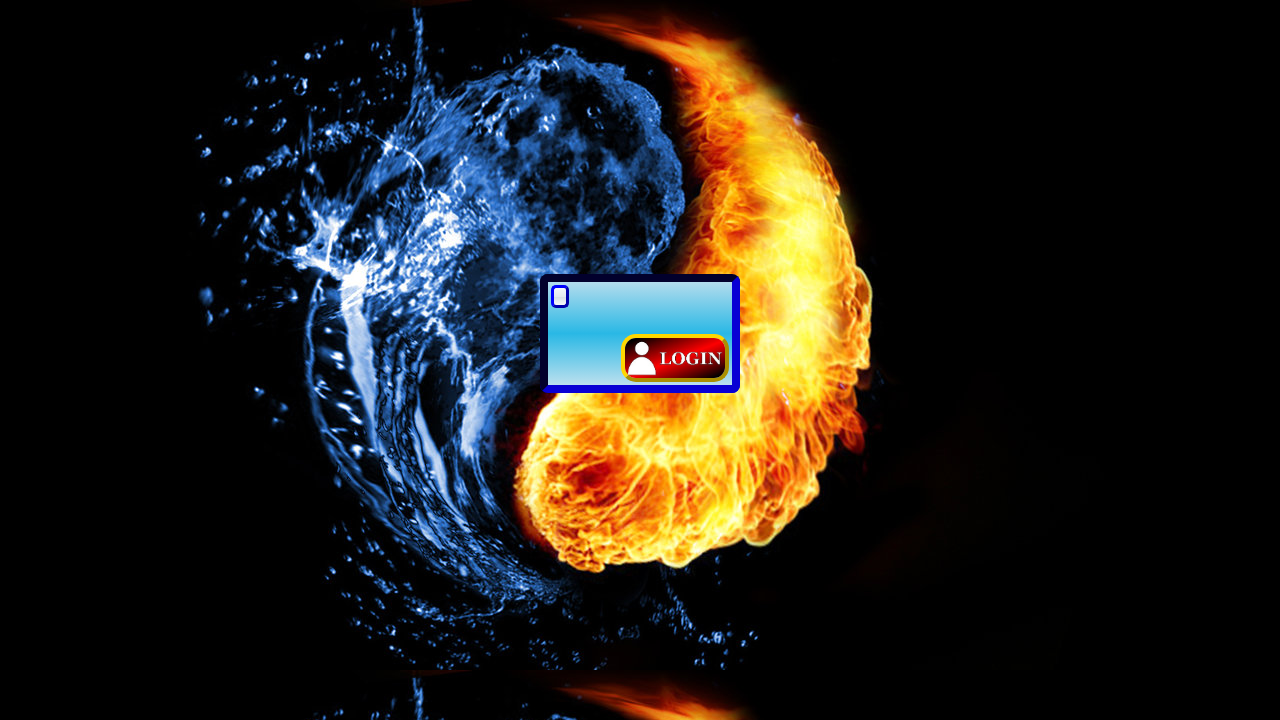
Repository: Albocoder/Event-handler
Page: loginBrain/WebContent/WEB-INF/adminPanel.html
The author's editor kept a copy of each file at every save. The page is drawn from the files as they stood at one save, then again after the next save.
The browser window is 1280 px wide. The pictures show the whole page.

Above is the page before, as saved 2015-08-10 14:33:30.

### loginBrain/WebContent/WEB-INF/adminPanel.html
<!DOCTYPE html>
<html>
<head>
<title>Admin Panel</title>
<meta charset="UTF-8"/>
<style type="text/css">
	table{
			color: gold;
 			font-weight: bold;
			text-shadow: 2px 2px 2px black;
			border:8px inset #060080;
			border-radius: 8px;
background: rgba(179,220,237,1);
background: -moz-linear-gradient(top, rgba(179,220,237,1) 0%, rgba(41,184,229,1) 50%, rgba(188,224,238,1) 100%);
background: -webkit-gradient(left top, left bottom, color-stop(0%, rgba(179,220,237,1)), color-stop(50%, rgba(41,184,229,1)), color-stop(100%, rgba(188,224,238,1)));
background: -webkit-linear-gradient(top, rgba(179,220,237,1) 0%, rgba(41,184,229,1) 50%, rgba(188,224,238,1) 100%);
background: -o-linear-gradient(top, rgba(179,220,237,1) 0%, rgba(41,184,229,1) 50%, rgba(188,224,238,1) 100%);
background: -ms-linear-gradient(top, rgba(179,220,237,1) 0%, rgba(41,184,229,1) 50%, rgba(188,224,238,1) 100%);
background: linear-gradient(to bottom, rgba(179,220,237,1) 0%, rgba(41,184,229,1) 50%, rgba(188,224,238,1) 100%);
filter: progid:DXImageTransform.Microsoft.gradient( startColorstr='#b3dced', endColorstr='#bce0ee', GradientType=0 );
}
body {
	background-image:url('wallpaper.jpg');
}

table{
	margin-top: 230px;
}

input.input{
	border: 4px outset gold;
	border-radius: 15px;
	margin-left: 70px;
}

input{
	border: 3px outset blue;
	border-radius: 5px;
	color: black;
	background: rgb(246,248,249); /* Old browsers */
	background: -moz-linear-gradient(top,  rgba(246,248,249,1) 0%, rgba(229,235,238,1) 50%, rgba(215,222,227,1) 51%, rgba(245,247,249,1) 100%); /* FF3.6+ */
	background: -webkit-gradient(linear, left top, left bottom, color-stop(0%,rgba(246,248,249,1)), color-stop(50%,rgba(229,235,238,1)), color-stop(51%,rgba(215,222,227,1)), color-stop(100%,rgba(245,247,249,1))); /* Chrome,Safari4+ */
	background: -webkit-linear-gradient(top,  rgba(246,248,249,1) 0%,rgba(229,235,238,1) 50%,rgba(215,222,227,1) 51%,rgba(245,247,249,1) 100%); /* Chrome10+,Safari5.1+ */
	background: -o-linear-gradient(top,  rgba(246,248,249,1) 0%,rgba(229,235,238,1) 50%,rgba(215,222,227,1) 51%,rgba(245,247,249,1) 100%); /* Opera 11.10+ */
	background: -ms-linear-gradient(top,  rgba(246,248,249,1) 0%,rgba(229,235,238,1) 50%,rgba(215,222,227,1) 51%,rgba(245,247,249,1) 100%); /* IE10+ */
	background: linear-gradient(to bottom,  rgba(246,248,249,1) 0%,rgba(229,235,238,1) 50%,rgba(215,222,227,1) 51%,rgba(245,247,249,1) 100%); /* W3C */
	filter: progid:DXImageTransform.Microsoft.gradient( startColorstr='#f6f8f9', endColorstr='#f5f7f9',GradientType=0 ); /* IE6-9 */

}
</style>
</head>
<body>
<center>
<table>
<br>
<br>
<tr><td><input name="un" type="button" czxczxc/></td></tr>
<tr>
<td colspan = "2">
</tr>
<tr><td colspan="2">
<br>
<input class="input" type="image" src="login.jpg" alt="login" align="center" width="100" height="40">
</td>
</tr>
</form>
</table>
</center>
</body>
</html>

After the next save:
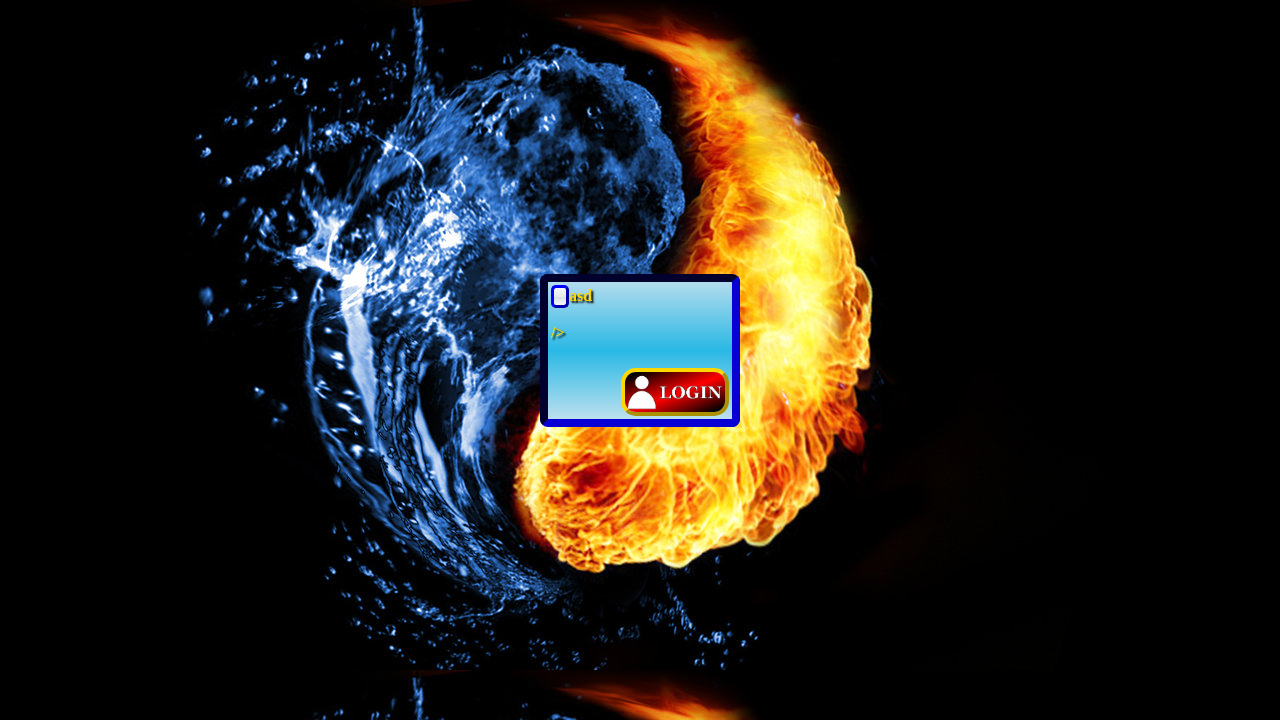
Saved 40 s later.
--- a/loginBrain/WebContent/WEB-INF/adminPanel.html
+++ b/loginBrain/WebContent/WEB-INF/adminPanel.html
@@ -54,7 +54,7 @@ input{
 <table>
 <br>
 <br>
-<tr><td><input name="un" type="button" czxczxc/></td></tr>
+<tr><td><input name="un" type="button" <p>asd</p> /></td></tr>
 <tr>
 <td colspan = "2">
 </tr>
